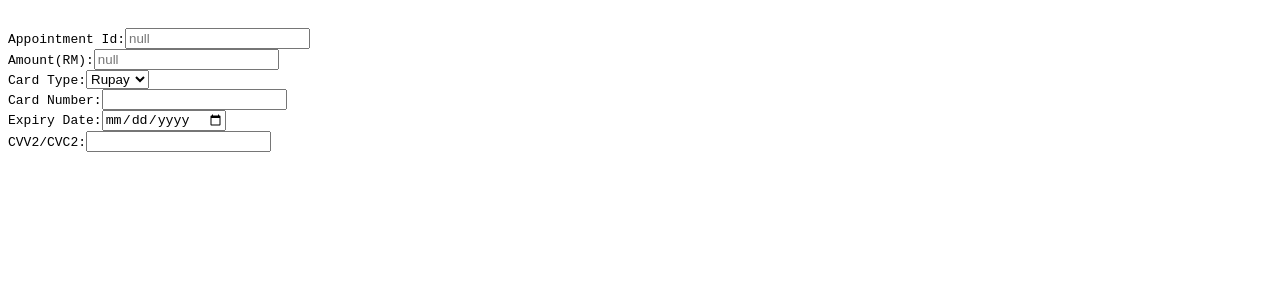
Repository: anujsoni10001/JSP-Servlet
Page: http://localhost/Minor/MakePayment.jsp
These files come from the project's save history. The page is drawn as it stood at one moment and after the next save; the edit follows.
The browser window is 1280 px wide. The pictures show the whole page.
The page is served by Tomcat 9.

Above is the page before, as saved 2019-03-22 10:14:54.

After the next save:
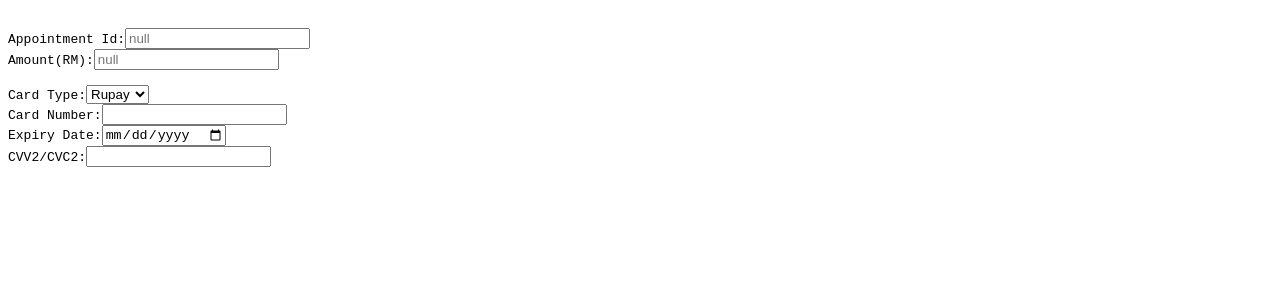
Saved 67 s later.
--- a/FinalProject/minor - Copy/Minor/WebContent/MakePayment.jsp
+++ b/FinalProject/minor - Copy/Minor/WebContent/MakePayment.jsp
@@ -12,9 +12,10 @@ String chargesRM=request.getParameter("charges");
 </head>
 <body>
 <pre>
-<form>
+
 Appointment Id:<input type="text" placeholder=<%=apt_id%>>
 Amount(RM):<input type="text" placeholder="<%=chargesRM%>">
+<form>
 Card Type:<select>
 <option>Rupay</option>
 <option>Master</option>
